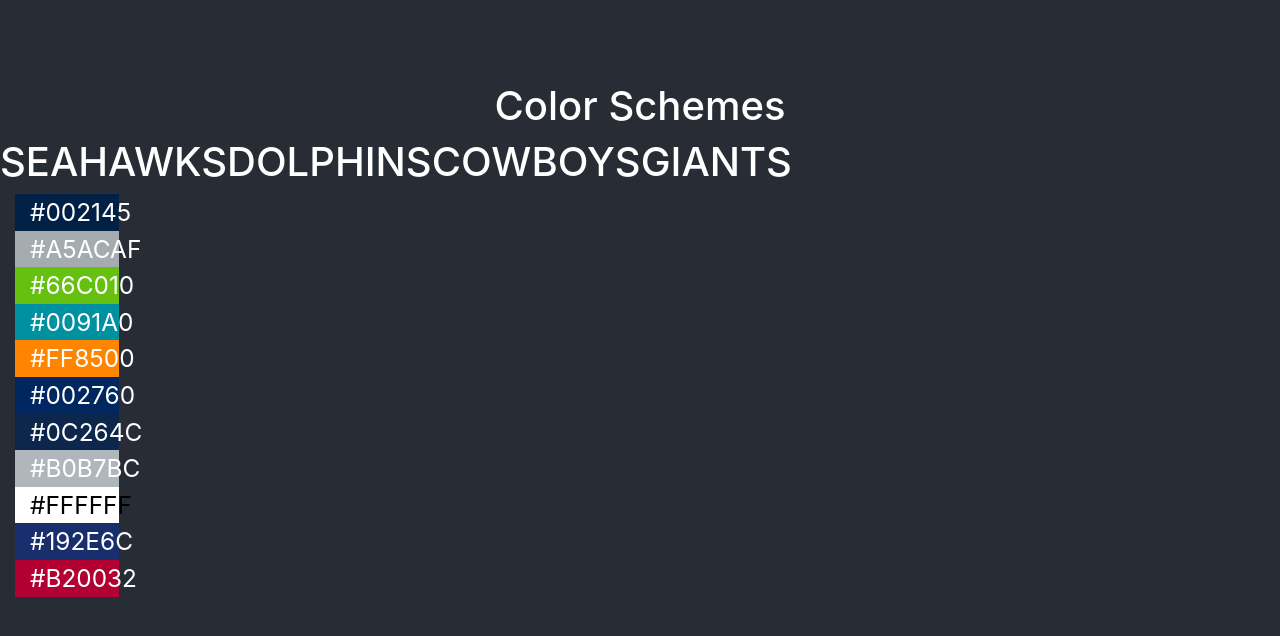
Repository: MikeTroianello/troianello.co
Page: /projects
An editor plug-in stored every save of this project. The page is shown before and after the next save, followed by the edit.
The browser window is 1280 px wide. The pictures show the whole page.
The project was rebuilt for these pictures with package versions that can differ from the ones it lists, and the page was loaded fresh each time.

Above is the page before, as saved 2019-06-24 18:04:55.

### src/App.js
import React from 'react';

import './App.css';

function App() {
  return (
    <div className='App'>
      <header className='App-header'>
        <h1>Color Schemes</h1>
        <div className='container-fluid'>
          <div className='row'>
            <h1>SEAHAWKS</h1>
            <h1>DOLPHINS</h1>
            <h1>COWBOYS</h1>
            <h1>GIANTS</h1>
          </div>
          <div className='row1'>
            {/* <div className='teams seahawks'> */}

            <div className='col-1 s-blue'>#002145</div>
            <div className='col-1 s-gray'>#A5ACAF</div>
            <div className='col-1 s-green'>#66C010</div>
            {/* </div> */}
            {/* <div className='col-1 teams dolphins'> */}

            <div className='col-1 d-aqua'>#0091A0</div>
            <div className='col-1 d-orange'>#FF8500</div>
            <div className='col-1 d-dark-blue'>#002760</div>
            {/* </div> */}
            {/* <div className='col-1 teams cowboys'> */}

            <div className='col-1 c-blue'>#0C264C</div>
            <div className='col-1 c-gray'>#B0B7BC</div>
            <div className='col-1 c-white'>#FFFFFF</div>
            {/* </div> */}
            {/* <div className='teams giants'> */}

            <div className='col-1 g-blue'>#192E6C</div>
            <div className='col-1 g-red'>#B20032</div>
            {/* </div> */}
          </div>
        </div>
      </header>
    </div>
  );
}

export default App;

### src/App.css
.App {
  text-align: center;
}

.App-logo {
  animation: App-logo-spin infinite 20s linear;
  height: 40vmin;
  pointer-events: none;
}

.App-header {
  background-color: #282c34;
  min-height: 100vh;
  display: flex;
  flex-direction: column;
  align-items: center;
  justify-content: center;
  font-size: calc(10px + 2vmin);
  color: white;
}

.App-link {
  color: #61dafb;
}

@keyframes App-logo-spin {
  from {
    transform: rotate(0deg);
  }
  to {
    transform: rotate(360deg);
  }
}
/*
.teams {
  height: 100%;
  width: 80%;
  padding: 5% 10%;
} */

/* .teams > div {
  height: 100%;
  width: 80%;
  padding: 5% 10%;
} */

.container-fluid {
  height: 500px;
}
.row1 {
  height: 500px;
}

.s-blue {
  background-color: #002145;
}

.s-gray {
  background-color: #a5acaf;
}

.s-green {
  background-color: #66c010;
}

.d-aqua {
  background-color: #0091a0;
}
.d-orange {
  background-color: #ff8500;
}
.d-dark-blue {
  background-color: #002760;
}

.c-blue {
  background-color: #0c264c;
}

.c-gray {
  background-color: #b0b7bc;
}

.c-white {
  background-color: #ffffff;
  color: #000000;
}

.g-blue {
  background-color: #192e6c;
}

.g-red {
  background-color: #b20032;
}

Loaded but not shown: public/index.html (common file); src/index.js (common file); src/index.css (common file); src/serviceWorker.js (common file)

After the next save:
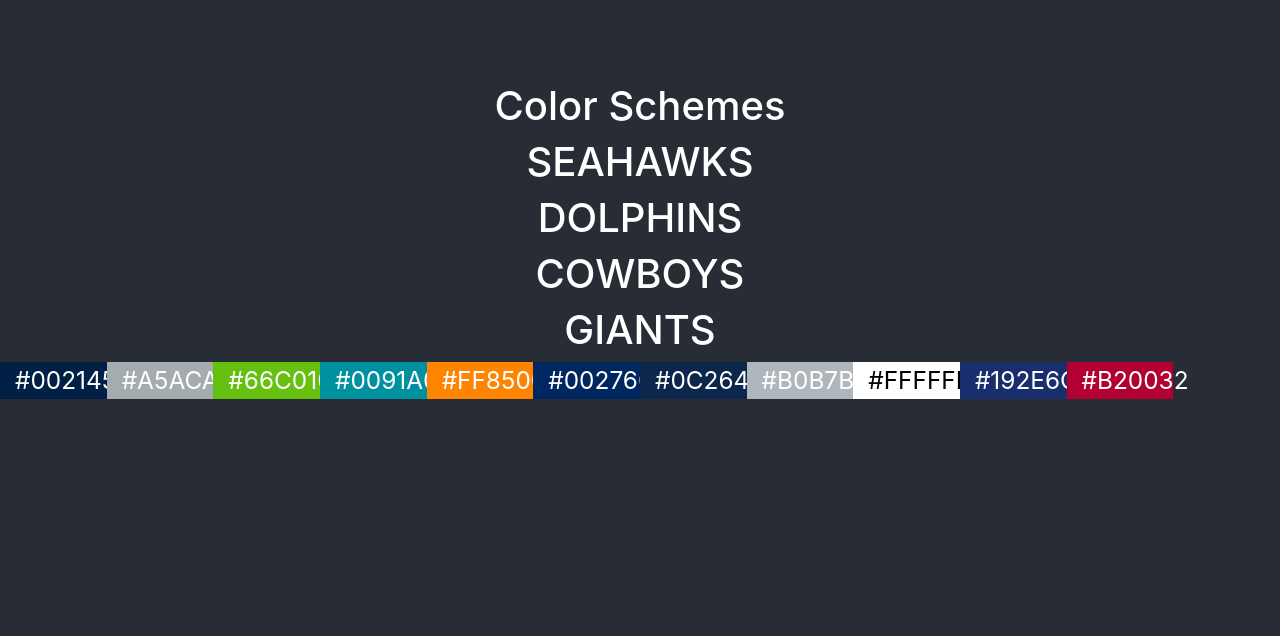
Saved 17 s later.
--- a/src/App.js
+++ b/src/App.js
@@ -8,13 +8,13 @@
       <header className='App-header'>
         <h1>Color Schemes</h1>
         <div className='container-fluid'>
-          <div className='row'>
+          <div>
             <h1>SEAHAWKS</h1>
             <h1>DOLPHINS</h1>
             <h1>COWBOYS</h1>
             <h1>GIANTS</h1>
           </div>
-          <div className='row1'>
+          <div className='row'>
             {/* <div className='teams seahawks'> */}
 
             <div className='col-1 s-blue'>#002145</div>
